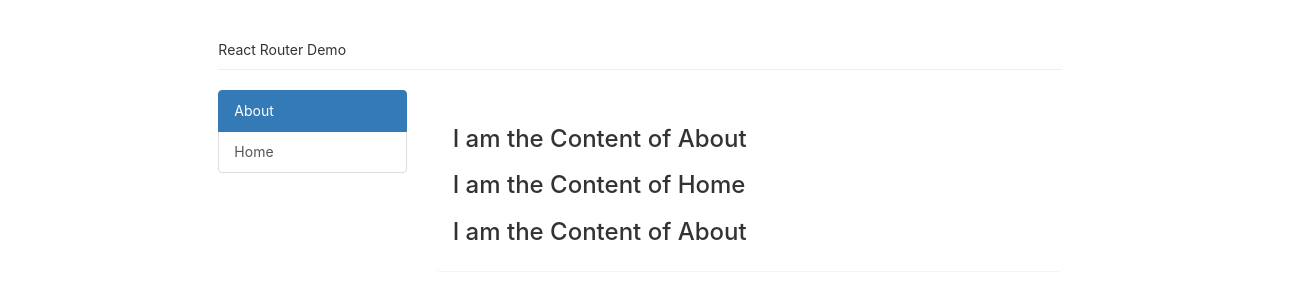
Repository: wenxi0504/Pubsub220113
Page: /about (app in githubsearch/)
The author's editor kept a copy of each file at every save. The page is drawn from the files as they stood at one save, then again after the next save.
The browser window is 1280 px wide. The page is 1295 px wide, so the pictures cover 1295 px, including what lies to the right of the window. The pictures show the whole page.
The project was rebuilt for these pictures with package versions that can differ from the ones it lists, and the page was loaded fresh each time.

Above is the page before, as saved 2022-01-14 23:52:18.

### githubsearch/public/index.html
<!DOCTYPE html>
<html lang="en">
  <head>
    <meta charset="utf-8" />
    <title>react staging</title>
    <link rel="icon" href="%PUBLIC_URL%/favicon.ico" />
    <link rel="stylesheet" href="./css/bootstrap.css" />
    <style>
      .atguigu {
        background-color: orange !important;
        color: white !important

      }
    </style>
  </head>
  <body>
    <noscript>You need to enable JavaScript to run this app.</noscript>
    <div id="root"></div>
  </body>
</html>

### githubsearch/src/index.js
import React from 'react';
import ReactDOM from 'react-dom';
import {BrowserRouter}from'react-router-dom';
import './index.css';
import App from './App';
import reportWebVitals from './reportWebVitals';

ReactDOM.render(
  <React.StrictMode>
    <BrowserRouter>
    <App />
    </BrowserRouter>

  </React.StrictMode>,
  document.getElementById('root')
);

// If you want to start measuring performance in your app, pass a function
// to log results (for example: reportWebVitals(console.log))
// or send to an analytics endpoint. Learn more: https://bit.ly/CRA-vitals
reportWebVitals();

### githubsearch/src/App.js
import React, { Component } from "react"
import{Route,Routes}from'react-router-dom'
import Home from './pages/Home'
import About from './pages/About'
import Header from './components/Header'
import MyNavLink from './components/MyNavLink'
export default class App extends Component {
  render() {
    return (
      <div>
        <div className="row">
          <div className="col-xs-offset-2 col-xs-8">
            <div className= "page-header">
              <Header a={1}/>
            </div>
          </div>
        </div>
        <div className="row">
          <div className="col-xs-2 col-xs-offset-2">
            <div className="list-group">
              {/* <a className="list-group-item" href="./about.html">
                About
              </a>
              <a className="list-group-item active" href="./home.html">
                Home
              </a> */}
              {/* using route to shift different components---write a route link */}
              <MyNavLink to="/about">About</MyNavLink>
              <MyNavLink to="/home">Home</MyNavLink>

            </div>
          </div>
          <div className="col-xs-6">
            <div className="panel">
              <div className="panel-body">
                {/* Register route */}
          <Routes>
                <Route path="/about" element={<About/>}/>
                <Route path="/home" element={<Home/>}/>
                </Routes>


              <Home/>
              <About/>
              </div>
            </div>
          </div>
        </div>
      </div>
    );
  }
}

### githubsearch/src/pages/Home/index.js
import React, { Component } from 'react'

export default class Home extends Component {
    render() {
        return (

                <h3>I am the Content of Home</h3>

        )
    }
}

### githubsearch/src/pages/About/index.js
import React, { Component } from 'react'

export default class About extends Component {

    render() {
        console.log('The props that About component receive is? ',this.props)
        return (

               <h3>I am the Content of About</h3>

        )
    }
}

### githubsearch/src/components/Header/index.js
import React, { Component } from 'react'

export default class Header extends Component {
    render() {
        console.log('The props that Header component receive is? ',this.props)
        return (
            <div>
                React Router Demo
            </div>
        )
    }
}

### githubsearch/src/components/MyNavLink/index.js
import React, { Component } from 'react'
import {NavLink} from 'react-router-dom'

export default class MyNavLink extends Component {
    render() {
        //way 1
        // const{to,title}=this.props
        // return (
        //     <NavLink  activeClassName="atguigu"className="list-group-item" to={to}>{title}</NavLink>
        // )
        //way 2
        // const{title}=this.props
        // return (
        //     <NavLink  activeClassName="atguigu"className="list-group-item" {...this.props}>{title}</NavLink>
        // )
        //way3 tag body is also a special props
        const{title}=this.props
        return (
            <NavLink  activeClassName="atguigu"className="list-group-item" {...this.props} />
        )

    }
}

Loaded but not shown: githubsearch/src/index.css (common file); githubsearch/src/reportWebVitals.js (common file); githubsearch/public/css/bootstrap.css (library)

After the next save:
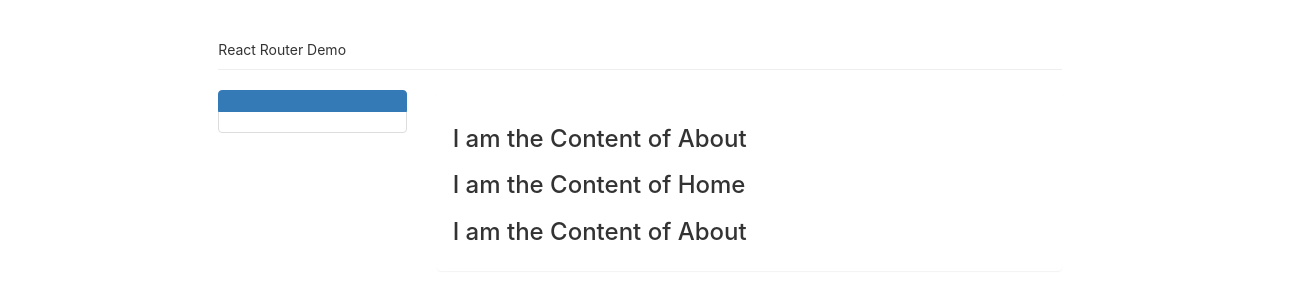
Saved 48 s later.
--- a/githubsearch/src/App.js
+++ b/githubsearch/src/App.js
@@ -25,8 +25,8 @@
                 Home
               </a> */}
               {/* using route to shift different components---write a route link */}
-              <MyNavLink to="/about">About</MyNavLink>
-              <MyNavLink to="/home">Home</MyNavLink>
+              <MyNavLink to="/about"></MyNavLink>
+              <MyNavLink to="/home"></MyNavLink>
 
             </div>
           </div>

After the save that followed:
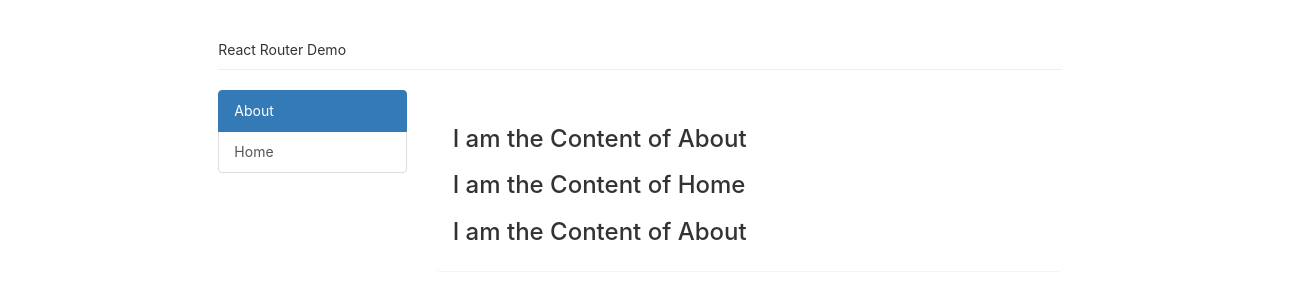
Saved 11 s later.
--- a/githubsearch/src/App.js
+++ b/githubsearch/src/App.js
@@ -25,8 +25,8 @@
                 Home
               </a> */}
               {/* using route to shift different components---write a route link */}
-              <MyNavLink to="/about"></MyNavLink>
-              <MyNavLink to="/home"></MyNavLink>
+              <MyNavLink to="/about">About</MyNavLink>
+              <MyNavLink to="/home">Home</MyNavLink>
 
             </div>
           </div>
